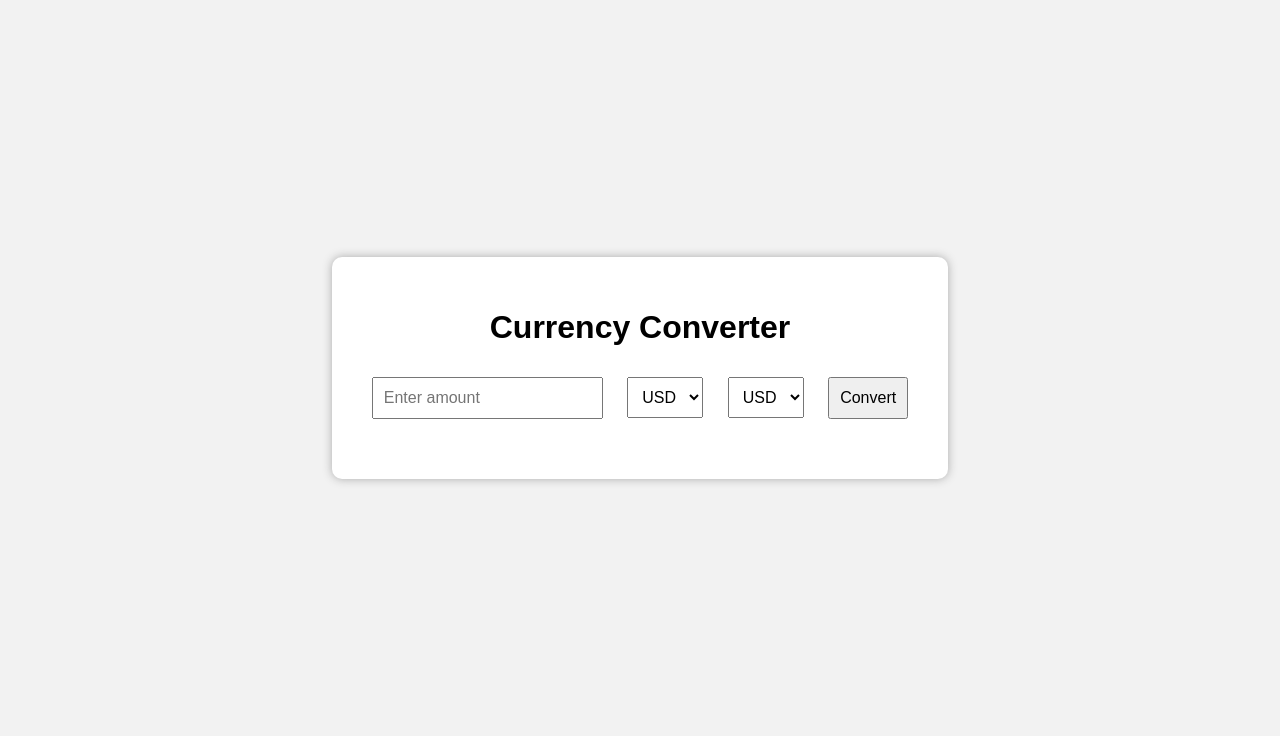
Repository: JainishSuthar3737/mini-projects
Page: currency converter/index.html
These files come from the project's save history. The page is drawn as it stood at one moment and after a run of saves; the edit follows.
The browser window is 1280 px wide. The pictures show the whole page.

Above is the page before, as saved 2025-09-22 12:54:32.

### currency converter/index.html
<!DOCTYPE html>
<html lang="en">

<head>
    <meta charset="UTF-8">
    <meta name="viewport" content="width=device-width, initial-scale=1.0">
    <title>Currency Converter</title>
    <link rel="stylesheet" href="style.css">
</head>

<body>
    <div class="container">
        <h1>Currency Converter</h1>
        <div class="converter">
            <input type="number" id="amount" placeholder="Enter amount">
            <select id="from-currency">
                <option value="USD">USD</option>
                <option value="EUR">EUR</option>
                <option value="INR">INR</option>
            </select>
            <select id="to-currency">
                <option value="USD">USD</option>
                <option value="EUR">EUR</option>
                <option value="INR">INR</option>
            </select>
            <button id="convert-btn">Convert</button>
            <p id="result"></p>
        </div>
    </div>
    <script src="script.js"></script>
</body>

</html>

### currency converter/style.css
body {
    font-family: Arial, sans-serif;
    background-color: #f2f2f2;
    display: flex;
    justify-content: center;
    align-items: center;
    height: 100vh;
}

.container {
    background-color: white;
    padding: 30px;
    border-radius: 10px;
    box-shadow: 0px 0px 10px #aaa;
    text-align: center;
}

input, select, button {
    margin: 10px;
    padding: 10px;
    font-size: 16px;
}

button {
    cursor: pointer;
}

#result {
    margin-top: 20px;
    font-weight: bold;
    font-size: 18px;
}

### currency converter/script.js
const convertBtn = document.getElementById("convert-btn");
const amountInput = document.getElementById("amount");
const fromCurrency = document.getElementById("from-currency");
const toCurrency = document.getElementById("to-currency");
const result = document.getElementById("result");

// Hardcoded exchange rates for simplicity
const exchangeRates = {
  USD: { USD: 1, EUR: 0.91, INR: 82.5 },
  EUR: { USD: 1.1, EUR: 1, INR: 90.5 },
  INR: { USD: 0.012, EUR: 0.011, INR: 1 },
};

convertBtn.addEventListener("click", () => {
  const amount = parseFloat(amountInput.value);
  if (isNaN(amount)) {
    result.textContent = "Please enter a valid number";
    return;
  }
  const from = fromCurrency.value;
  const to = toCurrency.value;
  const converted = amount * exchangeRates[from][to];
  result.textContent = `${amount} ${from} = ${converted.toFixed(2)} ${to}`;
});

After the next 2 saves:
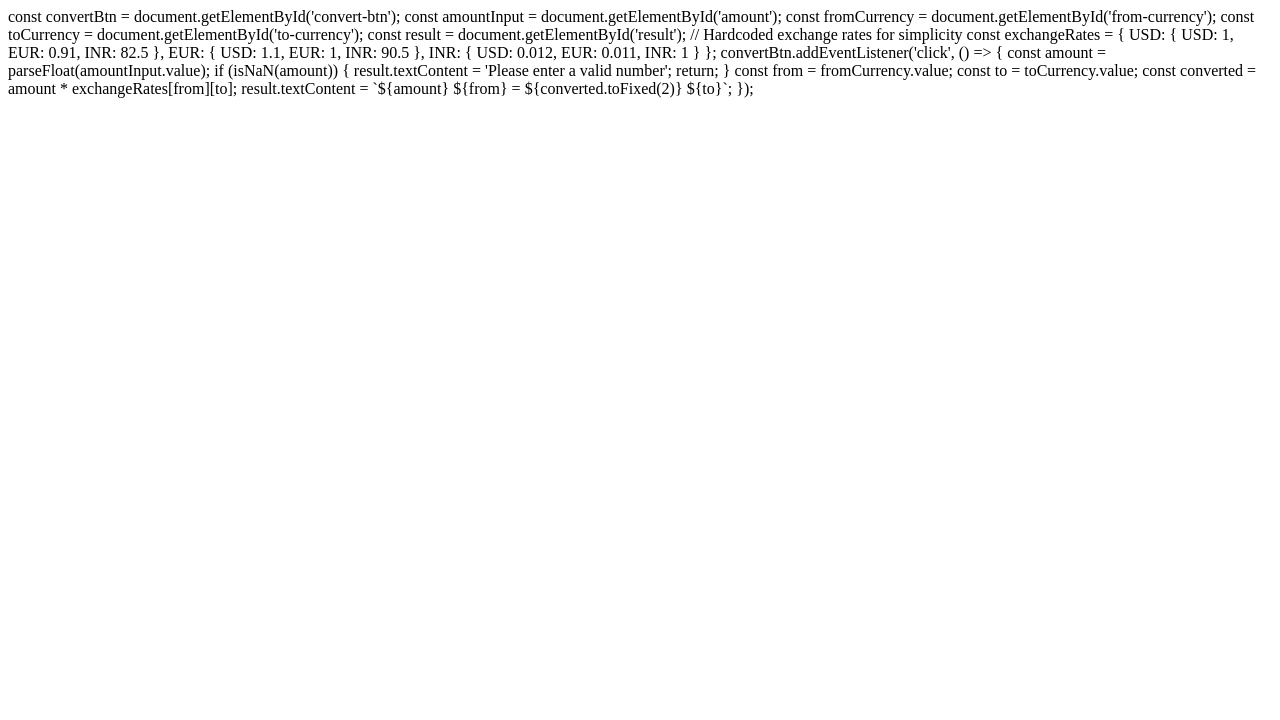
The 2 saves are shown as one change because they came seconds apart.
The last was saved 111 s later.
--- a/currency converter/index.html
+++ b/currency converter/index.html
@@ -1,33 +1,24 @@
-<!DOCTYPE html>
-<html lang="en">
+const convertBtn = document.getElementById('convert-btn');
+const amountInput = document.getElementById('amount');
+const fromCurrency = document.getElementById('from-currency');
+const toCurrency = document.getElementById('to-currency');
+const result = document.getElementById('result');
 
-<head>
-    <meta charset="UTF-8">
-    <meta name="viewport" content="width=device-width, initial-scale=1.0">
-    <title>Currency Converter</title>
-    <link rel="stylesheet" href="style.css">
-</head>
+// Hardcoded exchange rates for simplicity
+const exchangeRates = {
+    USD: { USD: 1, EUR: 0.91, INR: 82.5 },
+    EUR: { USD: 1.1, EUR: 1, INR: 90.5 },
+    INR: { USD: 0.012, EUR: 0.011, INR: 1 }
+};
 
-<body>
-    <div class="container">
-        <h1>Currency Converter</h1>
-        <div class="converter">
-            <input type="number" id="amount" placeholder="Enter amount">
-            <select id="from-currency">
-                <option value="USD">USD</option>
-                <option value="EUR">EUR</option>
-                <option value="INR">INR</option>
-            </select>
-            <select id="to-currency">
-                <option value="USD">USD</option>
-                <option value="EUR">EUR</option>
-                <option value="INR">INR</option>
-            </select>
-            <button id="convert-btn">Convert</button>
-            <p id="result"></p>
-        </div>
-    </div>
-    <script src="script.js"></script>
-</body>
-
-</html>
+convertBtn.addEventListener('click', () => {
+    const amount = parseFloat(amountInput.value);
+    if (isNaN(amount)) {
+        result.textContent = 'Please enter a valid number';
+        return;
+    }
+    const from = fromCurrency.value;
+    const to = toCurrency.value;
+    const converted = amount * exchangeRates[from][to];
+    result.textContent = `${amount} ${from} = ${converted.toFixed(2)} ${to}`;
+});

After the save that followed:
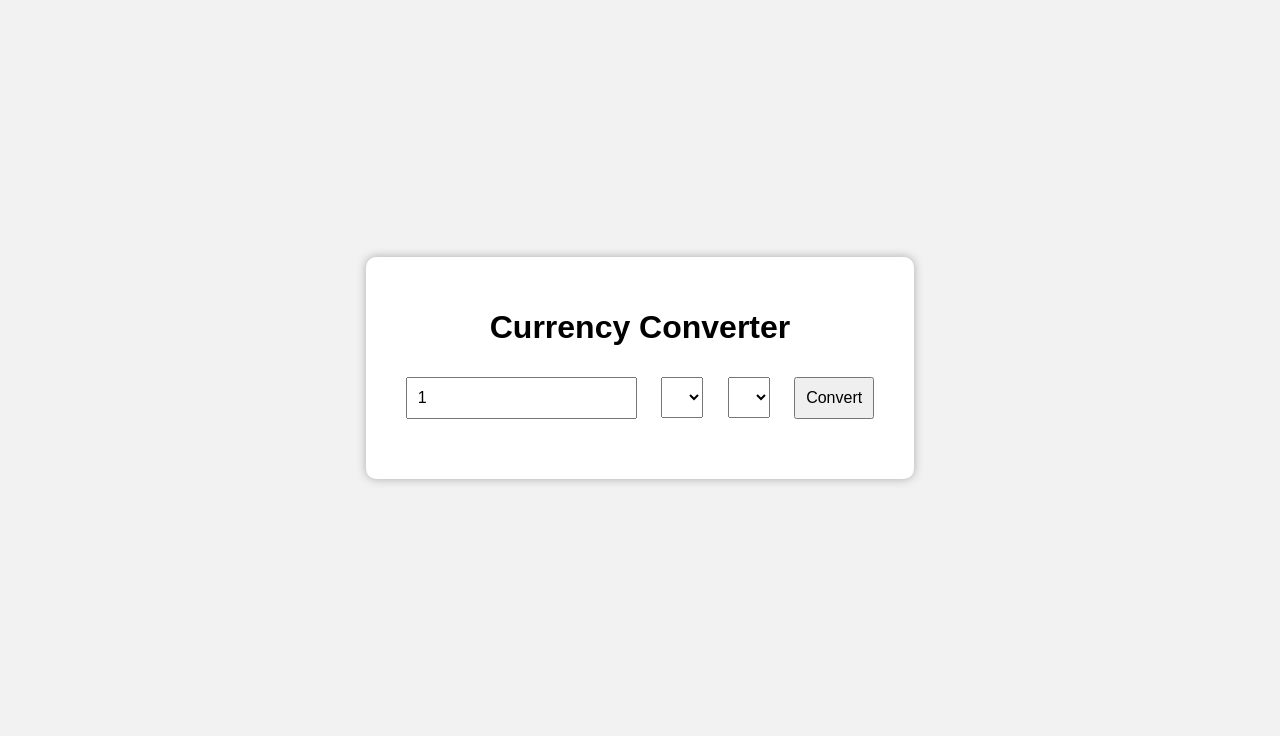
Saved 14 s later.
--- a/currency converter/index.html
+++ b/currency converter/index.html
@@ -1,24 +1,32 @@
-const convertBtn = document.getElementById('convert-btn');
-const amountInput = document.getElementById('amount');
-const fromCurrency = document.getElementById('from-currency');
-const toCurrency = document.getElementById('to-currency');
-const result = document.getElementById('result');
+<!DOCTYPE html>
+<html lang="en">
 
-// Hardcoded exchange rates for simplicity
-const exchangeRates = {
-    USD: { USD: 1, EUR: 0.91, INR: 82.5 },
-    EUR: { USD: 1.1, EUR: 1, INR: 90.5 },
-    INR: { USD: 0.012, EUR: 0.011, INR: 1 }
-};
+<head>
+    <meta charset="UTF-8">
+    <meta name="viewport" content="width=device-width, initial-scale=1.0">
+    <title>Currency Converter</title>
+    <link rel="stylesheet" href="style.css">
+</head>
 
-convertBtn.addEventListener('click', () => {
-    const amount = parseFloat(amountInput.value);
-    if (isNaN(amount)) {
-        result.textContent = 'Please enter a valid number';
-        return;
-    }
-    const from = fromCurrency.value;
-    const to = toCurrency.value;
-    const converted = amount * exchangeRates[from][to];
-    result.textContent = `${amount} ${from} = ${converted.toFixed(2)} ${to}`;
-});
+<body>
+    <div class="container">
+        <h1>Currency Converter</h1>
+        <div class="converter">
+            <input type="number" id="amount" placeholder="Enter amount" value="1">
+
+            <select id="from-currency">
+                <!-- Options added by JS -->
+            </select>
+
+            <select id="to-currency">
+                <!-- Options added by JS -->
+            </select>
+
+            <button id="convert-btn">Convert</button>
+            <p id="result"></p>
+        </div>
+    </div>
+    <script src="script.js"></script>
+</body>
+
+</html>
